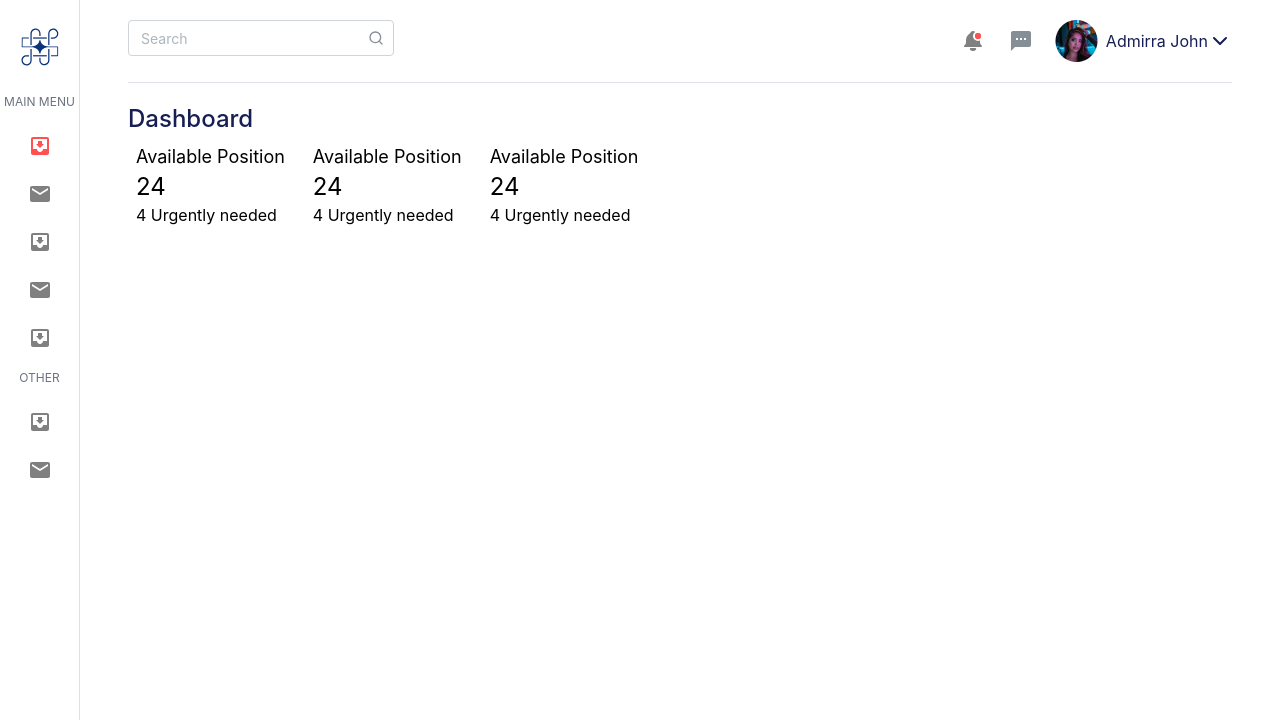
Repository: SatyaDewangan05/sample-dashboard
Page: /
An editor plug-in stored every save of this project. The page is shown before and after the next save, followed by the edit.
The browser window is 1280 px wide. The pictures show the whole page.
The project was rebuilt for these pictures with package versions that can differ from the ones it lists, and the page was loaded fresh each time. The framework's server and built-in components were replaced by stand-ins that run in the browser. Also part of the build but not shown: next.config.mjs.

Above is the page before, as saved 2024-09-21 23:32:30.

After the next save:
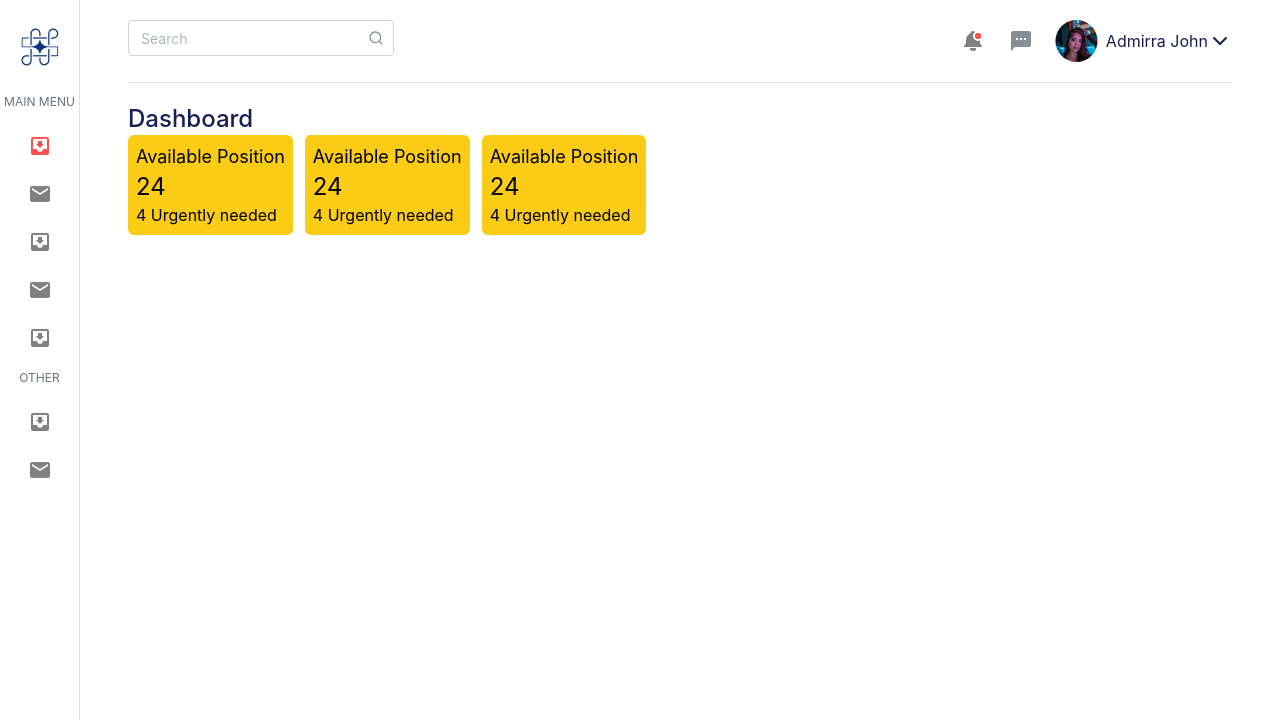
Saved 19 s later.
--- a/src/app/components/card/ThreeData.jsx
+++ b/src/app/components/card/ThreeData.jsx
@@ -1,9 +1,7 @@
 const ThreeData = ({ bgColor, textColor }) => {
   return (
     <div
-      className={`p-2 rounded-md ${
-        bgColor ? "bg-[" + bgColor + "]" : "bg-gray-300"
-      }`}
+      className={`p-2 rounded-md ${bgColor ? "bg-yellow-400" : "bg-gray-300"}`}
     >
       <p className="text-lg">Available Position</p>
       <p className="text-2xl">24</p>

After the 3 saves that followed:
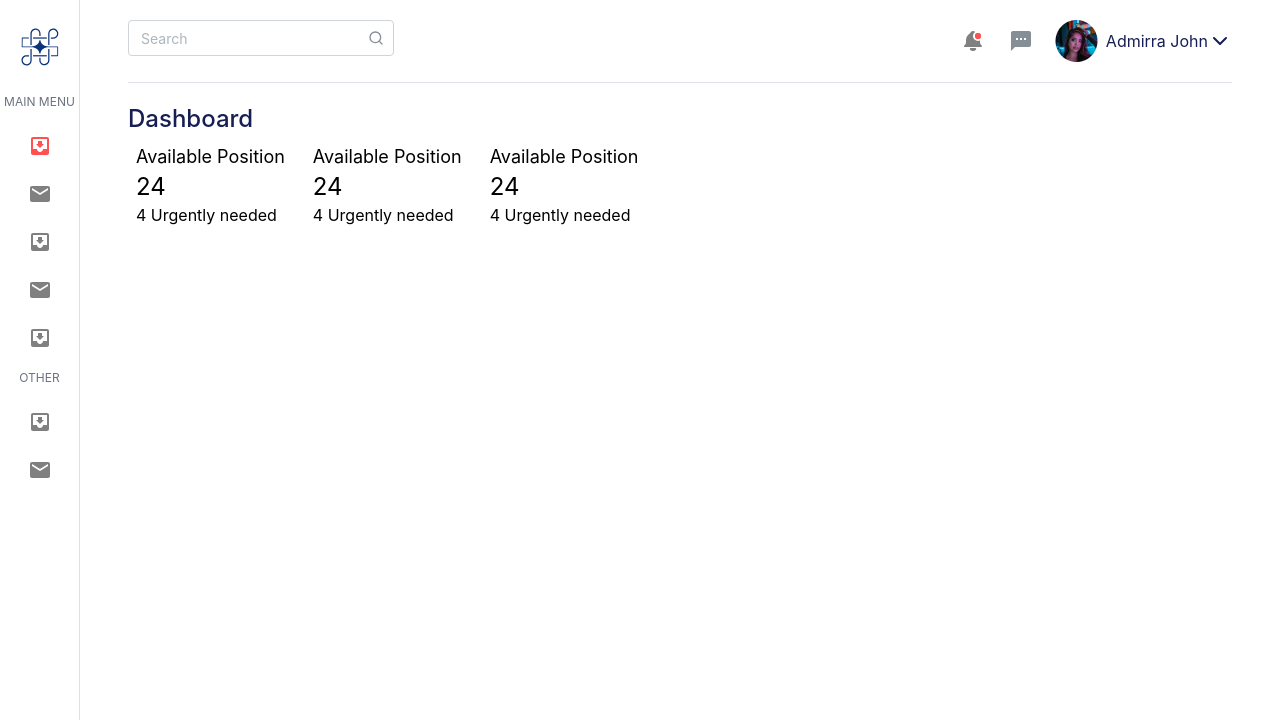
The 3 saves are shown as one change because 1 left the picture as it was and some came seconds apart.
The last was saved 28 s later.
--- a/src/app/components/card/ThreeData.jsx
+++ b/src/app/components/card/ThreeData.jsx
@@ -1,7 +1,9 @@
 const ThreeData = ({ bgColor, textColor }) => {
   return (
     <div
-      className={`p-2 rounded-md ${bgColor ? "bg-yellow-400" : "bg-gray-300"}`}
+      className={`p-2 rounded-md ${
+        bgColor ? "bg-[" + bgColor + "]" : "bg-gray-300"
+      }`}
     >
       <p className="text-lg">Available Position</p>
       <p className="text-2xl">24</p>
